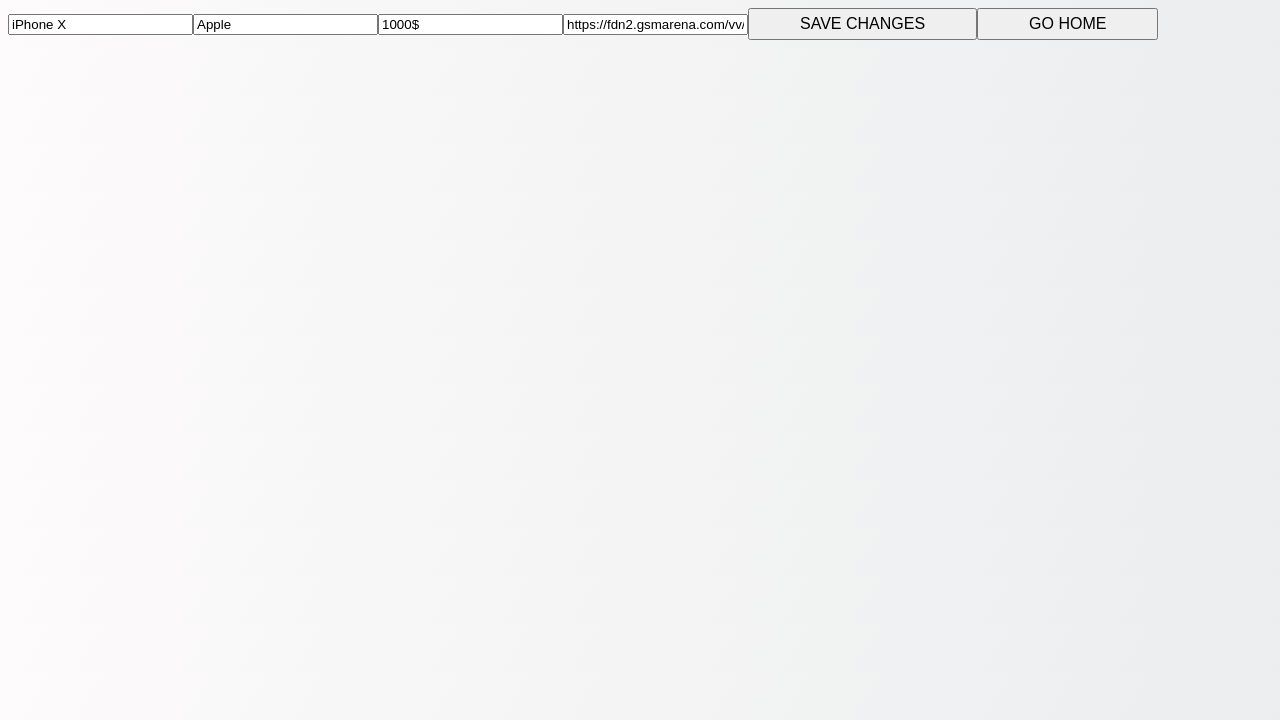
Repository: eytan012/react-ex
Page: /edit/1001
These files come from the project's save history. The page is drawn as it stood at one moment and after a run of saves; the edit follows.
The browser window is 1280 px wide. The pictures show the whole page.
Some web fonts or font styles are not loaded; a fallback is used. The project was rebuilt for these pictures with package versions that can differ from the ones it lists, and the page was loaded fresh each time. Requests to the local data server were answered from the project's data file. Also part of the build but not shown: src/components/AddProductForm.jsx, src/utils/alerts.js, src/components/ProductsList.jsx, src/components/Home.jsx.

Above is the page before, as saved 2021-09-13 14:29:40.

After the next 2 saves:
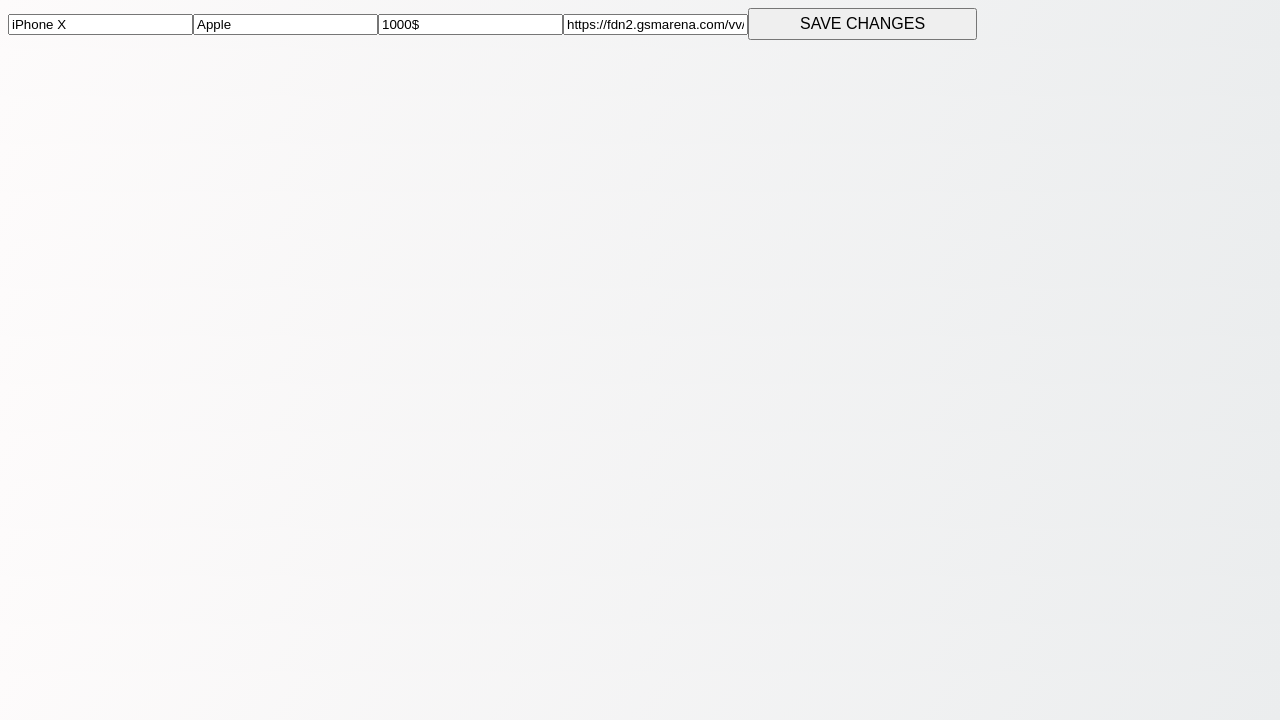
The 2 saves are shown as one change because they came seconds apart.
The last was saved 3 min 25 s later.
--- a/src/components/EditProductForm.jsx
+++ b/src/components/EditProductForm.jsx
@@ -19,17 +19,20 @@ const EditProductForm = () => {
   const handleEdit = (e) => {
     setProductToEdit({ ...productToEdit, [e.target.name]: e.target.value });
   };
-  const handleSaveChanges =async ()=>{
-try {
-  const req = await axios.put(`http://localhost:3007/products/${id}`, productToEdit)
-  if(req.status === 200 || req.status===201){
-    setProductToEdit(null)
-    history.push('/')
-  }
-} catch (error) {
-  console.log(error);
-}
-  }
+  const handleSaveChanges = async () => {
+    try {
+      const req = await axios.put(
+        `http://localhost:3007/products/${id}`,
+        productToEdit
+      );
+      if (req.status === 200 || req.status === 201) {
+        setProductToEdit(null);
+        history.push("/");
+      }
+    } catch (error) {
+      console.log(error);
+    }
+  };
   return (
     <div>
       <input
@@ -50,7 +53,7 @@ try {
         }}
         value={productToEdit ? productToEdit.brand : ""}
       />
-            <input
+      <input
         type="text"
         name="price"
         placeholder="Price"
@@ -59,7 +62,7 @@ try {
         }}
         value={productToEdit ? productToEdit.price : ""}
       />
-                  <input
+      <input
         type="text"
         name="imgUrl"
         placeholder="Image address"
@@ -68,9 +71,9 @@ try {
         }}
         value={productToEdit ? productToEdit.imgUrl : ""}
       />
-      <button className="btn btn-info" onClick={handleSaveChanges}>Save changes</button>
-
-      <button className="btn btn-primary">go home</button>
+      <button className="btn btn-info" onClick={handleSaveChanges}>
+        Save changes
+      </button>
     </div>
   );
 };
